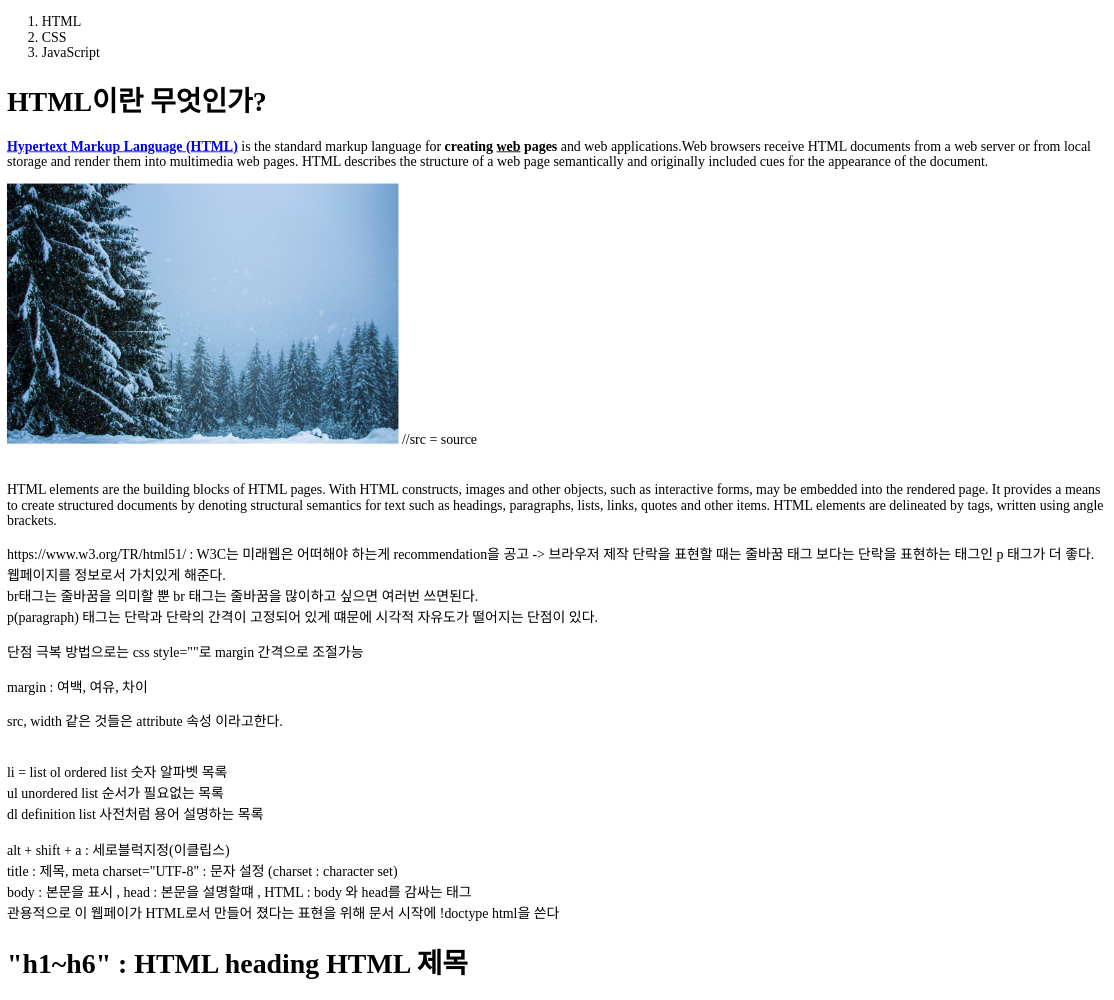
Repository: winterer4/Web-1
Page: HTML5/1.html
These files come from the project's save history. The page is drawn as it stood at one moment and after the next save; the edit follows.
The browser window is 1280 px wide. The pictures show the whole page, at 87% of full size.

Above is the page before, as saved 2018-10-29 06:27:10.

### HTML5/1.html
<!DOCTYPE html>
<html>
<head>
<meta charset="UTF-8">
<title>WEB 1  - HTML</title>
</head>
<body>
<ol>
	<li>HTML      </li>
	<li>CSS       </li>
	<li>JavaScript</li>
</ol>

	<h1>HTML이란 무엇인가?</h1>
	<p>
		<strong><a : href="https://www.w3.org/TR/html51/" target="_blank" title="html5 specificaiton">Hypertext Markup Language (HTML)</a></strong> is the standard markup language for <strong>creating
			<u>web</u> pages
		</strong> and web applications.Web browsers receive HTML documents from a web
		server or from local storage and render them into multimedia web
		pages. HTML describes the structure of a web page semantically and
		originally included cues for the appearance of the document.
	</p>
	<img src ="one.jpg" width="450">
	//src = source
	<p style="margin-top: 40px;">HTML elements are the building blocks
		of HTML pages. With HTML constructs, images and other objects, such as
		interactive forms, may be embedded into the rendered page. It provides
		a means to create structured documents by denoting structural
		semantics for text such as headings, paragraphs, lists, links, quotes
		and other items. HTML elements are delineated by tags, written using
		angle brackets.</p>



https://www.w3.org/TR/html51/ : W3C는 미래웹은 어떠해야 하는게 recommendation을 공고 -> 브라우저 제작




	단락을 표현할 때는 줄바꿈 태그 보다는 단락을 표현하는 태그인 p 태그가 더 좋다. 웹페이지를 정보로서 가치있게 해준다.
	<br> br태그는 줄바꿈을 의미할 뿐 br 태그는 줄바꿈을 많이하고 싶으면 여러번 쓰면된다.
	<br> p(paragraph) 태그는 단락과 단락의 간격이 고정되어 있게 떄문에 시각적 자유도가 떨어지는 단점이 있다.
	<p> 단점 극복 방법으로는 css style=""로 margin 간격으로 조절가능</p>
	 margin : 여백, 여유, 차이
	 <p> src, width 같은 것들은 attribute 속성 이라고한다.</p>
	 <br>li = list
	 ol ordered list 숫자 알파벳 목록<br>
	 ul unordered list 순서가 필요없는 목록<br>
	 dl definition list 사전처럼 용어 설명하는 목록<br>
	  <br>alt + shift + a : 세로블럭지정(이클립스)
	  <br> title : 제목, meta charset="UTF-8" : 문자 설정 (charset : character set)
	  <br> body  : 본문을 표시 , head : 본문을 설명할떄 , HTML : body 와 head를 감싸는 태그
	  <br> 관용적으로 이 웹페이가 HTML로서 만들어 졌다는 표현을 위해 문서 시작에 !doctype html을 쓴다


</body>

<h1>"h1~h6" : HTML heading HTML 제목</h1>




</html>

After the next save:
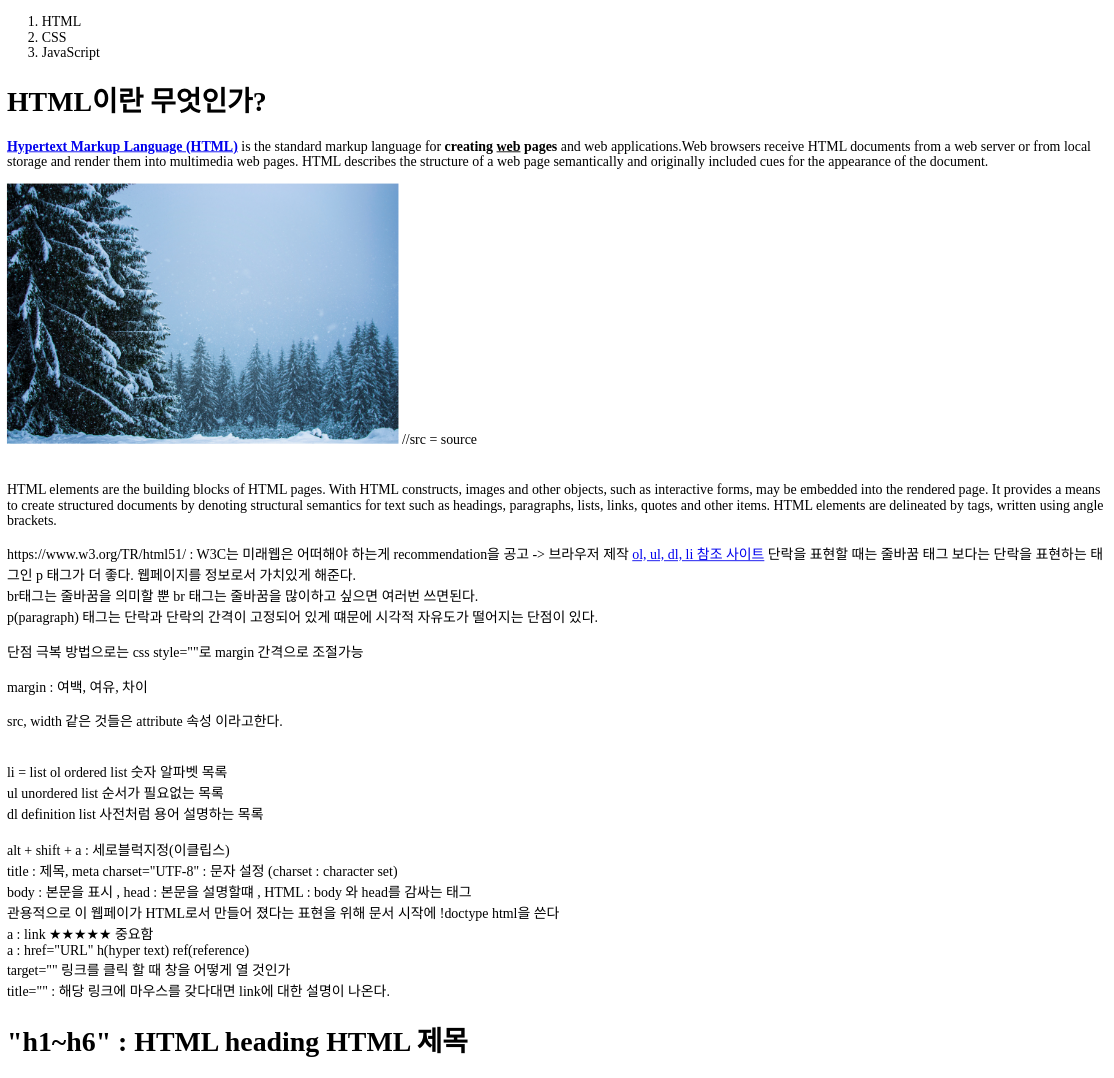
Saved 17 min 53 s later.
--- a/HTML5/1.html
+++ b/HTML5/1.html
@@ -35,6 +35,7 @@
 https://www.w3.org/TR/html51/ : W3C는 미래웹은 어떠해야 하는게 recommendation을 공고 -> 브라우저 제작
 
 
+   <a : href="http://aboooks.tistory.com/87", target="_blank", title="설명">ol, ul, dl, li 참조 사이트</a>
 
 
 	단락을 표현할 때는 줄바꿈 태그 보다는 단락을 표현하는 태그인 p 태그가 더 좋다. 웹페이지를 정보로서 가치있게 해준다.
@@ -51,7 +52,9 @@ https://www.w3.org/TR/html51/ : W3C는 미래웹은 어떠해야 하는게 recom
 	  <br> title : 제목, meta charset="UTF-8" : 문자 설정 (charset : character set)
 	  <br> body  : 본문을 표시 , head : 본문을 설명할떄 , HTML : body 와 head를 감싸는 태그
 	  <br> 관용적으로 이 웹페이가 HTML로서 만들어 졌다는 표현을 위해 문서 시작에 !doctype html을 쓴다
-
+	  <br> a : link ★★★★★   중요함
+	  <br> a : href="URL" h(hyper text) ref(reference) <br> target="" 링크를 클릭 할 때 창을 어떻게 열 것인가 <br>
+	  title="" : 해당 링크에 마우스를 갖다대면 link에 대한 설명이 나온다.
 
 </body>
 
